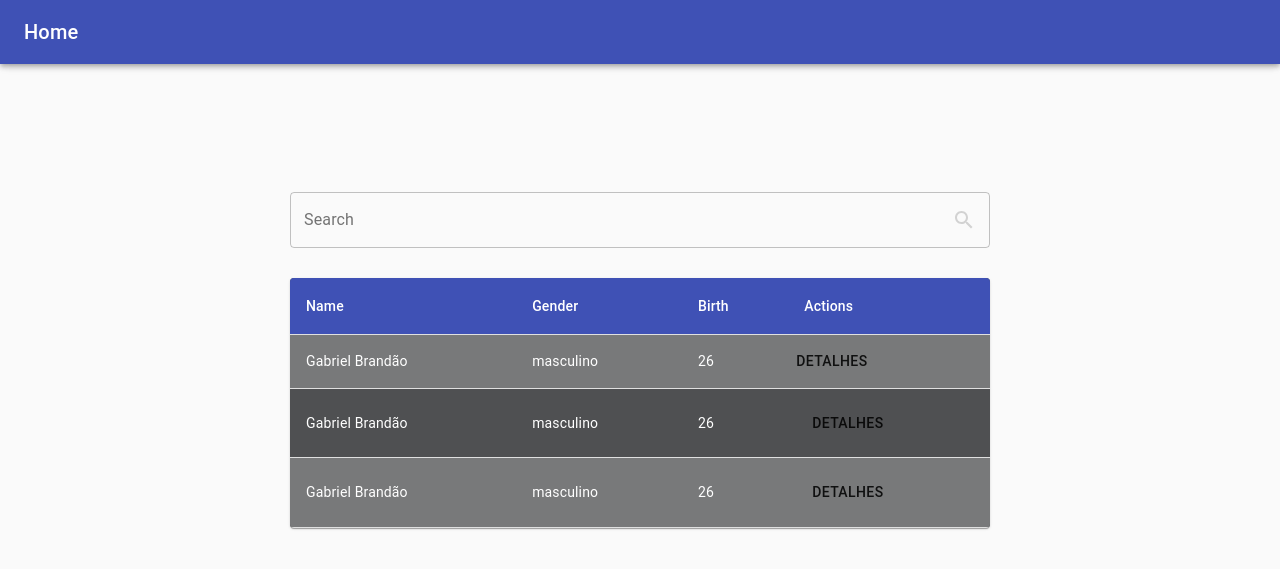
Repository: GabrielBrandaoProjetos/patient-manager
Page: /
The author's editor kept a copy of each file at every save. The page is drawn from the files as they stood at one save, then again after the next save.
The browser window is 1280 px wide. The pictures show the whole page.
The project was rebuilt for these pictures with package versions that can differ from the ones it lists, and the page was loaded fresh each time.

Above is the page before, as saved 2021-09-14 14:20:10.

After the next save:
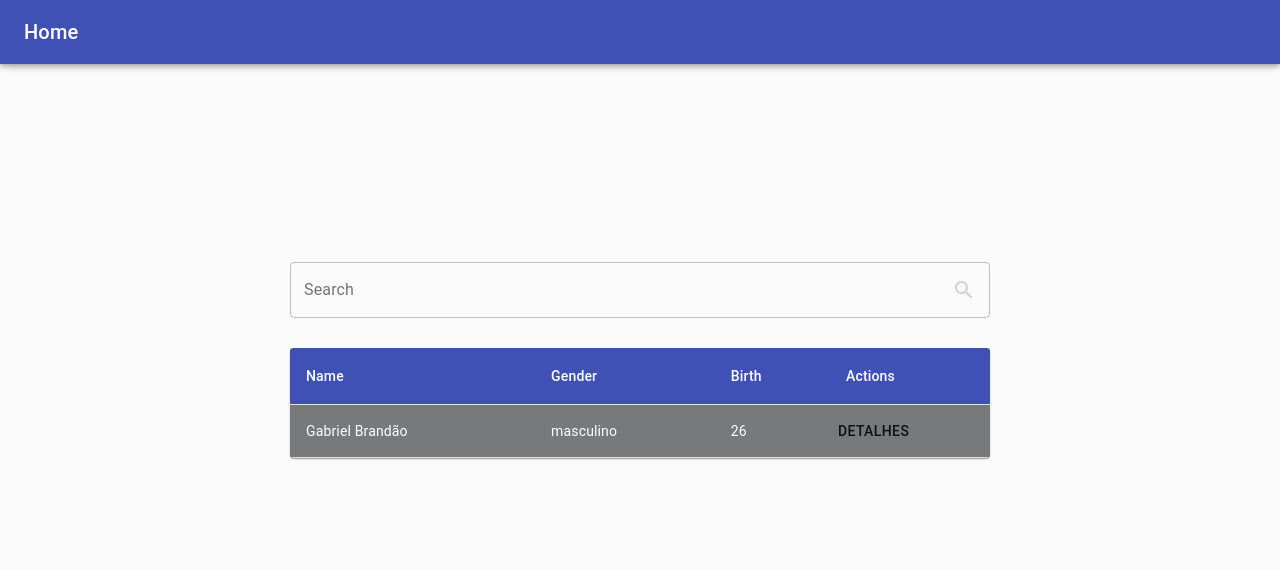
Saved 2 min 4 s later.
--- a/src/pages/Home/Home.tsx
+++ b/src/pages/Home/Home.tsx
@@ -47,7 +47,6 @@ const useStyles = makeStyles((theme: Theme) =>
     },
     cell: {
       color: "white",
-      //borderRight: "1px solid #928f8f"
     },
     actions: {
       padding: 0
@@ -104,22 +103,7 @@ export const Home = () => {
                 <Button>Detalhes</Button>
               </TableCell>
             </TableRow>
-            <TableRow className={classes.rowBody}>
-              <TableCell component="th" className={classes.cell}>Gabriel Brandão</TableCell>
-              <TableCell className={classes.cell}>masculino</TableCell>
-              <TableCell className={classes.cell}>26</TableCell>
-              <TableCell className={classes.cell}>
-                <Button>Detalhes</Button>
-              </TableCell>
-            </TableRow>
-            <TableRow className={classes.rowBody}>
-              <TableCell component="th" className={classes.cell}>Gabriel Brandão</TableCell>
-              <TableCell className={classes.cell}>masculino</TableCell>
-              <TableCell className={classes.cell}>26</TableCell>
-              <TableCell className={classes.cell}>
-                <Button>Detalhes</Button>
-              </TableCell>
-            </TableRow>
+
           </TableBody>
         </Table>
 
